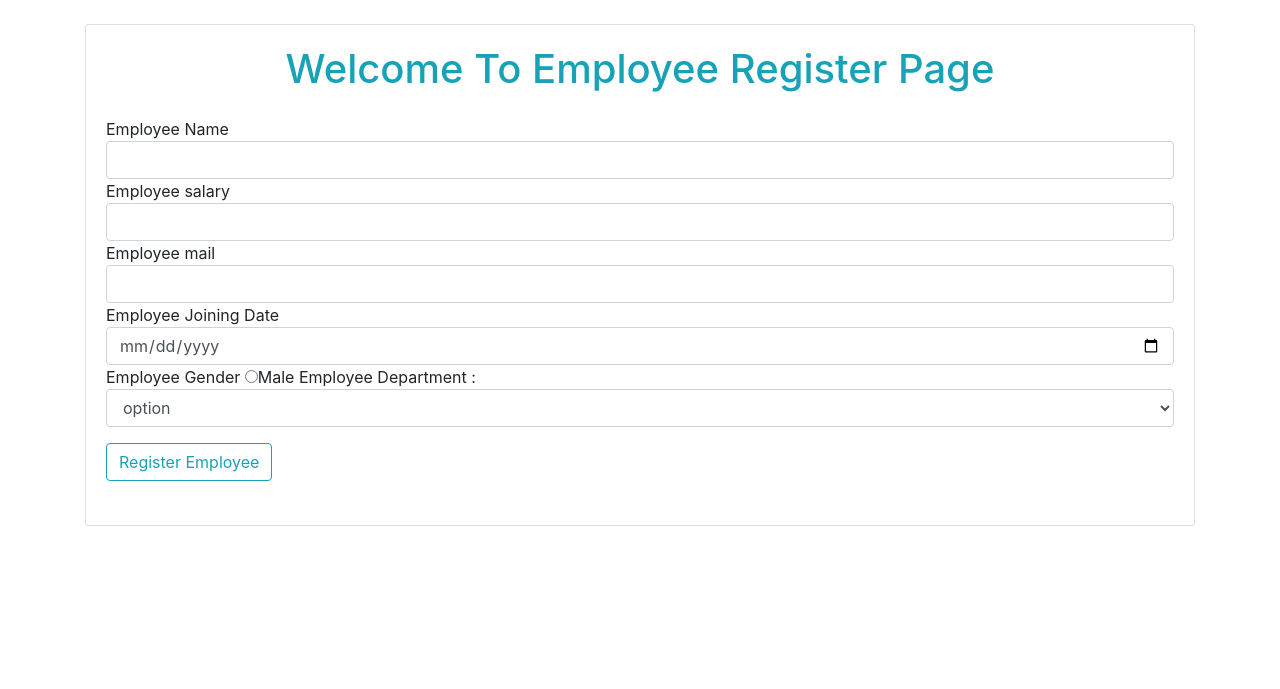
Repository: lokeshsukhwal/EmployeeMiniProject
Page: http://localhost/EmployeeRegister
These files come from the project's save history. The page is drawn as it stood at one moment and after the next save; the edit follows.
The browser window is 1280 px wide. The pictures show the whole page.
The page is this project's Thymeleaf template; nobody is signed in. The template is opened directly, without the code that normally fills it, so the values that code supplies are empty.

Above is the page before, as saved 2023-01-18 14:27:37.

### SpringBootMvc-ThymeleafMySqlCrudMiniProject/src/main/resources/templates/EmployeeRegister.html
<!DOCTYPE html>
<html xmlns:th="https://www.thymeleaf.org/">
<head>
<meta charset="ISO-8859-1">
<title>Employee register page</title>
<!-- Latest compiled and minified CSS -->
<link rel="stylesheet"
	href="https://cdn.jsdelivr.net/npm/bootstrap@4.6.2/dist/css/bootstrap.min.css">
</head>
<body>
	<div class="container">
		<div class="card mt-4 ">
			<div class="card-body ">
				<h1 class=" text-info text-center">Welcome To Employee Register Page</h1>
		<form th:action="@{/employee/save}" method="POST" class="mt-4 form ">
			Employee Name <input type="text" name="empName"class="form-control">
		    Employee salary <input type="text"name="empSalary" class="form-control">
		    Employee mail <input type="email" name="empMail" class="form-control">
		 Employee Joining Date <input type="date" name="empDoj" class="form-control">
		 Employee Gender <input type="radio" name="empGender" empGender value="male">Male
		    Employee Department : <select name="department" class="form-control dropdown">
									<option value="#">option</option>
									<option value="dev">DEV</option>
									<option value="ba">BA</option>
									<option value="qa">QA</option>
								  </select>

		<button type="submit" class="btn btn-outline-info mt-3">Register Employee</button>

				</form>


				<h4 th:text="${message}"class="bg-success text-white mt-4 text-center"></h4>
			</div>
		</div>
	</div>
</body>
</html>

After the next save:
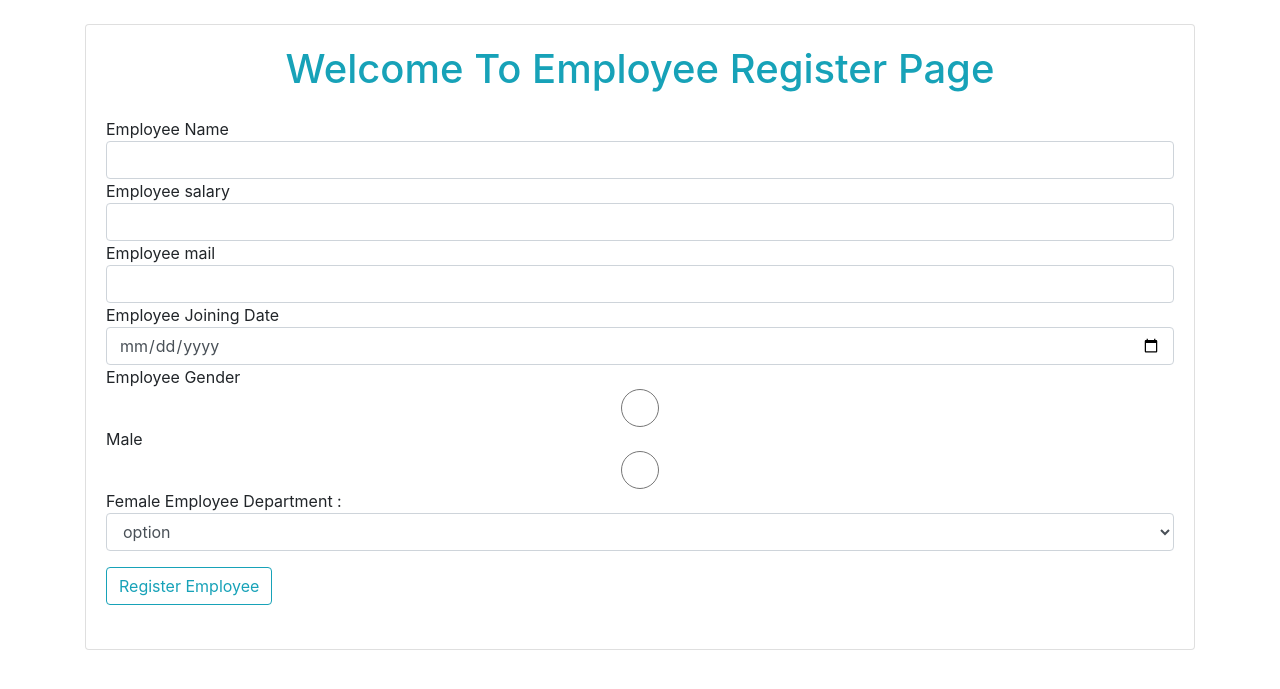
Saved 42 s later.
--- a/SpringBootMvc-ThymeleafMySqlCrudMiniProject/src/main/resources/templates/EmployeeRegister.html
+++ b/SpringBootMvc-ThymeleafMySqlCrudMiniProject/src/main/resources/templates/EmployeeRegister.html
@@ -17,7 +17,8 @@
 		    Employee salary <input type="text"name="empSalary" class="form-control">
 		    Employee mail <input type="email" name="empMail" class="form-control">
 		 Employee Joining Date <input type="date" name="empDoj" class="form-control">
-		 Employee Gender <input type="radio" name="empGender" empGender value="male">Male
+ Employee Gender <input type="radio" name="empGender"class="form-control" value="male">Male
+  <input type="radio" name="empGender"class="form-control" value="female">Female
 		    Employee Department : <select name="department" class="form-control dropdown">
 									<option value="#">option</option>
 									<option value="dev">DEV</option>
